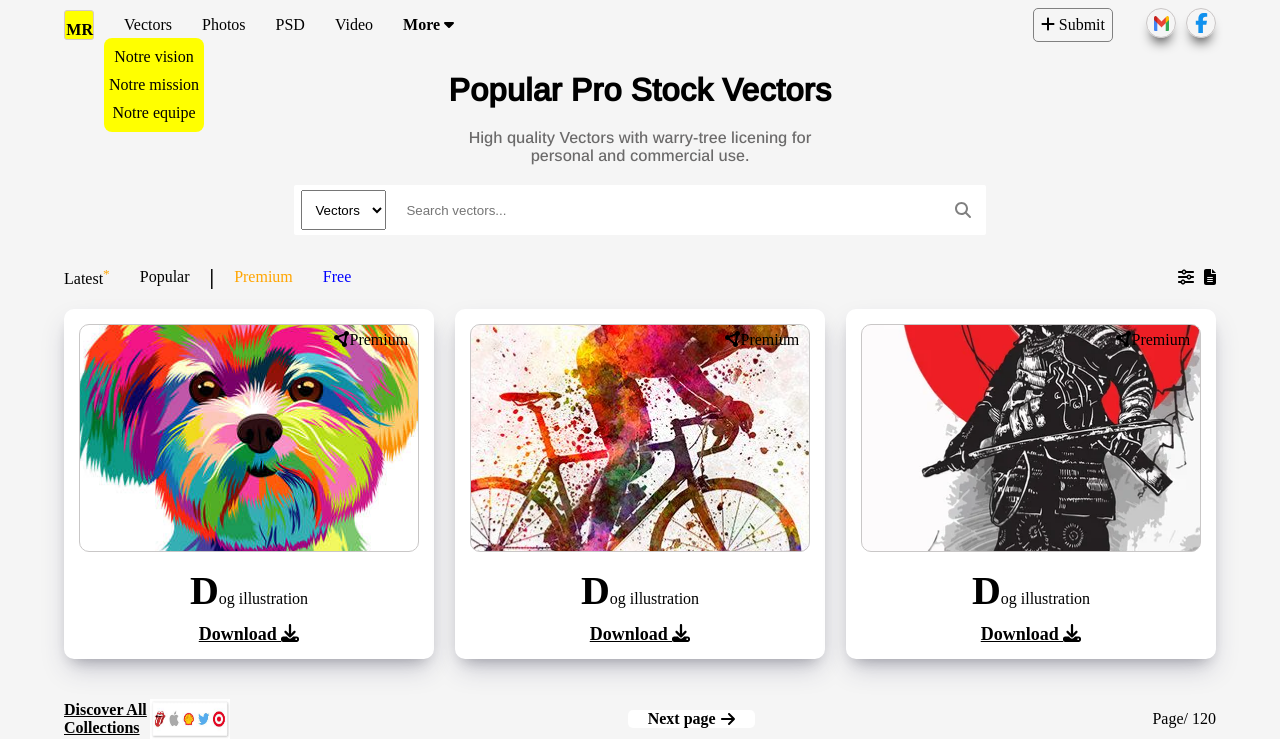
Repository: kegbaDev/VectorTemplate
Page: /
The author's editor kept a copy of each file at every save. The page is drawn from the files as they stood at one save, then again after a run of saves.
The browser window is 1280 px wide. The pictures show the whole page.
The project was rebuilt for these pictures with package versions that can differ from the ones it lists, and the page was loaded fresh each time. Also part of the build but not shown: vite.config.js.

Above is the page before, as saved 2023-04-14 02:00:25.

### index.html
<!DOCTYPE html>
<html lang="en">
  <head>
    <meta charset="UTF-8" />
    <link rel="icon" href="/favicon.ico" />
    <meta name="viewport" content="width=device-width, initial-scale=1.0" />
    <title>Vite App</title>
  </head>
  <body style="background-color: rgb(245, 245, 245)">
    <div id="app"></div>
    <script type="module" src="/src/main.js"></script>
  </body>
</html>

### src/main.js
import { createApp } from 'vue'
import App from './App.vue'

// fontawesome importation
import '@fortawesome/fontawesome-free/css/all.css'
import '@fortawesome/fontawesome-free/js/all.js'

createApp(App).mount('#app')

### src/App.vue
<template>
<div class="wrapper">
  <div class="navbar">
    <div class="left bounce">
      <div class="logo">MR</div>
      <ul>
        <li>
          Vectors
          <div class="sous_menu">
            <ul class="liens">
              <li class="lien">Notre vision</li>
              <li class="lien">Notre mission</li>
              <li class="lien">Notre equipe</li>
            </ul>
          </div>
        </li>
        <li>Photos</li>
        <li>PSD</li>
        <li>Video</li>
        <li><span class="more" >More</span><i class="fa-solid fa-caret-down"></i></li>
      </ul>
    </div>
    <div class="right">
      <div class="submit">
        <i class="fa-solid fa-plus"></i>
        Submit
      </div>
      <div class="logo_collection">
        <div class="logo_card">
          <img src="./assets/gmail-logo-16.png" alt="google-icon" width="15px" height="15px">
        </div>
        <div class="logo_card">
          <i class="fa-brands fa-facebook-f" style="color: #1191ee; width: 25px;height: 20px;"></i>
        </div>
      </div>
    </div>
  </div>


  <!-- Second component -->


  <div class="text_section">
    <h1 class="title slideInUp">Popular Pro Stock Vectors</h1>
    <p class="paragraph slideInUp">
      High quality Vectors with warry-tree licening for <br>
      personal and commercial use.
    </p>
    <div class="input_card slideInRight">
      <select name="" id="">
        <option value="value1">Vectors</option>
        <option value="value2">Vectors</option>
      </select>
      <input type="text" placeholder="Search vectors... ">
      <i class="fa-solid fa-magnifying-glass" style="color: grey; margin-right: 15px;"></i>
    </div>
  </div>

  <!-- Third component -->

  <div class="row">
    <div class="left-row">
      <ul>
        <li>Latest<sup style="color:orange">*</sup></li>
        <li>Popular</li>
      </ul>
      <span class="pipe">
        |
      </span>
      <ul>
        <li style="color:orange">Premium</li>
        <li style="color:blue">Free</li>
      </ul>
    </div>
    <div class="right-row">
      <i class="fa-solid fa-sliders"></i>
      <i class="fa-solid fa-file-lines"></i>
    </div>
  </div>

  <!-- Fourth component  -->

  <div class="card_content slideInUp">
    <div class="main_card">
      <div class="image_and_text_space">
        <i class="fa-solid fa-circle-nodes"></i>Premium
      </div>
      <p style="margin-bottom: 10px;"><span style="text-transform: uppercase; font-weight: bolder; font-size: 40px;">D</span>og illustration</p>
      <p class="download">Download <i class="fa-solid fa-download"></i></p>
    </div>
    <div class="main_card">
      <div class="image_and_text_space2">
        <i class="fa-solid fa-circle-nodes"></i>Premium
      </div>
      <p style="margin-bottom: 10px;"><span style="text-transform: uppercase; font-weight: bolder; font-size: 40px;">D</span>og illustration</p>
      <p class="download">Download <i class="fa-solid fa-download"></i></p>
    </div>
    <div class="main_card">
      <div class="image_and_text_space3">
        <!-- <img src="./assets/154416(1).svg" width="209px" height="300px" alt=""> -->
        <i class="fa-solid fa-circle-nodes"></i>Premium
      </div>
      <p style="margin-bottom: 10px;"><span style="text-transform: uppercase; font-weight: bolder; font-size: 40px;">D</span>og illustration</p>
      <p class="download">Download <i class="fa-solid fa-download"></i></p>
    </div>
    <!-- <div class="main_card">
      <div class="image_and_text_space">
        Premium
      </div>
      <p>Dog illustration</p>
      <p class="download">Download<i class="fa-solid fa-download"></i></p>
    </div>
    <div class="main_card">
      <div class="image_and_text_space">
        Premium
      </div>
      <p>Dog illustration</p>
      <p class="download">Download<i class="fa-solid fa-download"></i></p>
    </div> -->
  </div>

  <!-- Last component -->
  <div class="last_row">
    <div class="start">
      <div class="part">
        Discover All <br>
        Collections
      </div>
      <img src="./assets/imagesfinal.jpg" alt="" style="width: 80px; height: 40px;">
    </div>
    <div class="between">
      Next page <i class="fa-solid fa-arrow-right"></i>
    </div>
    <div class="end">
      Page/ 120
    </div>
  </div>
</div>




</template>

<script setup>

</script>


<style scoped>
@import url('https://fonts.googleapis.com/css2?family=Arimo:wght@500&display=swap');
.wrapper{
  height: 100vh;
  width: 90vw;
  margin:auto;
}
*{
  padding: 0px;
  margin: 0px;
  box-sizing: border-box;
  /* font-family: 'Arimo', sans-serif; */
}
.left{
  display: flex;
  align-items: center;
}

ul{
  list-style: none;
  display: flex;
  gap: 30px;
  margin-left: 30px;
}
ul li{
  cursor: pointer;
}
.more{
  font-weight: bolder;
  padding-right: 4px;
}
.logo{
  width: 30px;
  height: 30px;
  border: 1px solid rgb(214, 201, 201);
  background-color: yellow;
  font-weight: bolder;
  display: flex;
  justify-content: end;
  align-items: end;
  border-radius: 3px;
  cursor: pointer;
}
.navbar{
  display: flex;
  justify-content: space-between;
}
.right{
  display: flex;
  gap: 3px;
}
.submit{
  border: 1px solid gray;
  padding: 7px;
  margin-right: 30px;
  border-radius: 5px;
  background-color: rgba(234, 233, 233, 0.03);
  cursor: pointer;
  transition: all 400ms ease-in-out;
}
.submit:hover{
  background-color: yellow;
  /* font-weight: bolder; */
  scale: 1.1;
}
.logo_collection{
  display: flex;
  gap: 10px;
}
.logo_card{
  width: 30px;
  height: 30px;
  border: 1px solid black;
  display: flex;
  align-items: center;
  justify-content: center;
  border-radius: 50%;
  border-color: rgb(202, 198, 198);
  -webkit-box-shadow: 0px 10px 13px -7px #000000, -2px -2px 15px 6px rgba(26,17,18,0);
  box-shadow: 0px 10px 13px -7px #000000, -2px -2px 15px 6px rgba(26,17,18,0);
  cursor: pointer;transition: all 300ms ease-in-out;

}
.logo_card:hover{
  -webkit-box-shadow: 0px 10px 13px -7px #000000, -2px -2px 15px 6px rgba(26,17,18,0);
  box-shadow: 0px 10px 13px -7px #000000, -2px -2px 15px 6px rgba(26,17,18,0);
  scale: 1.2;

}

              /* Menu deroulant */
.sous_menu .liens{
  position: absolute;
  display: block;
  background-color: yellow;
  width: 100px;
  margin-left: -20px;
  top: 30px;
  text-align: center;
  border-radius: 0.5rem;
}
.sous_menu .liens .lien{
  margin: 10px 0;
}


              /* Menu deroulant */

/* Second composant */

.text_section{
  margin: 30px auto;
  text-align: center;
}
.title{
  font-family: 'Arimo', sans-serif;
  margin-bottom: 20px;
}
.paragraph{
  font-family: 'Arimo', sans-serif;
  margin-bottom: 20px;
  color: rgb(107, 106, 106);
}
.input_card{
  width: 60%;
  height: 50px;
  background-color: white;
  margin: auto;
  display: flex;
  align-items: center;
  border-radius: 2px;
}
input{
  width: 100%;
  padding-left: 20px;
  border: none;
}
input, select{
  height: 40px;
}
select{
  padding: 9px;
  margin-left: 7px;
}

/* Third component */
.row{
  display: flex;
  justify-content: space-between;
  margin-bottom: 20px;
}
.left-row ul{
  margin: 0px;
  padding: 0px;
  display: flex;
  align-items: center;
}
.left-row, .right-row{
  display: flex;
  align-items: center;
}
.pipe{
  margin: 0px 20px;
}

.pipe{
  font-weight: bolder;
  font-size: 1.3em;
}
.right-row{
  gap: 10px;
}

/* Fourth component */

.card_content{
  display: flex;
  justify-content: space-between;
}
.main_card{
  min-width: 370px;
  min-height: 350px;
  /* border: 1px solid black; */
  border-radius: 10px;
  background-color: white;
  box-shadow: rgba(50, 50, 93, 0.25) 0px 13px 27px -5px, rgba(0, 0, 0, 0.3) 0px 8px 16px -8px;
  padding-bottom: 25px;
  cursor: pointer;
  transition: all 400ms ease-in-out;
}
.main_card:hover{
  scale: 1.02;
}
.main_card p{
  text-align: center;
}
.download{
  font-weight: bolder;
  text-decoration: underline;
  font-size: large;
}
.image_and_text_space{
  padding-top: 6px;
  padding-right: 10px;
  text-align: end;
  height: 70%;
  width: 92%;
  border: 1px solid rgb(201, 199, 199);
  border-radius: 10px;
  margin: 15px auto;
  background-image: url(./assets/chien_color.jpg);
  background-repeat: no-repeat;
  background-position: center;
}
.image_and_text_space2{
  background-image: url(./assets/velo.jpg) !important;
  padding-top: 6px;
  padding-right: 10px;
  text-align: end;
  height: 70%;
  width: 92%;
  border: 1px solid rgb(201, 199, 199);
  border-radius: 10px;
  margin: 15px auto;
  background-repeat: no-repeat;
  background-position: center;
}
.image_and_text_space3{
  background-image: url(./assets/sa.webp) !important;
  padding-top: 6px;
  padding-right: 10px;
  text-align: end;
  height: 70%;
  width: 92%;
  border: 1px solid rgb(201, 199, 199);
  border-radius: 10px;
  margin: 15px auto;
  background-repeat: no-repeat;
  /* object-fit: contain; */
  background-position: center;
}

/* Animation */

.bounce {
  -webkit-animation-name: bounce;
  animation-name: bounce;
  -webkit-transform-origin: center bottom;
  -ms-transform-origin: center bottom;
  transform-origin: center bottom;
  -webkit-animation-duration: 1s;
  animation-duration: 1s;
  -webkit-animation-fill-mode: both;
  animation-fill-mode: both;
  }
  @-webkit-keyframes bounce {
  0%, 20%, 53%, 80%, 100% {
  -webkit-transition-timing-function: cubic-bezier(0.215, 0.610, 0.355, 1.000);
  transition-timing-function: cubic-bezier(0.215, 0.610, 0.355, 1.000);
  -webkit-transform: translate3d(0,0,0);
  transform: translate3d(0,0,0);
  }
  40%, 43% {
  -webkit-transition-timing-function: cubic-bezier(0.755, 0.050, 0.855, 0.060);
  transition-timing-function: cubic-bezier(0.755, 0.050, 0.855, 0.060);
  -webkit-transform: translate3d(0, -30px, 0);
  transform: translate3d(0, -30px, 0);
  }
  70% {
  -webkit-transition-timing-function: cubic-bezier(0.755, 0.050, 0.855, 0.060);
  transition-timing-function: cubic-bezier(0.755, 0.050, 0.855, 0.060);
  -webkit-transform: translate3d(0, -15px, 0);
  transform: translate3d(0, -15px, 0);
  }
  90% {
  -webkit-transform: translate3d(0,-4px,0);
  transform: translate3d(0,-4px,0);
  }
  }

  @keyframes bounce {
  0%, 20%, 53%, 80%, 100% {
  -webkit-transition-timing-function: cubic-bezier(0.215, 0.610, 0.355, 1.000);
  transition-timing-function: cubic-bezier(0.215, 0.610, 0.355, 1.000);
  -webkit-transform: translate3d(0,0,0);
  transform: translate3d(0,0,0);
  }
  40%, 43% {
  -webkit-transition-timing-function: cubic-bezier(0.755, 0.050, 0.855, 0.060);
  transition-timing-function: cubic-bezier(0.755, 0.050, 0.855, 0.060);
  -webkit-transform: translate3d(0, -30px, 0);
  transform: translate3d(0, -30px, 0);
  }
  70% {
  -webkit-transition-timing-function: cubic-bezier(0.755, 0.050, 0.855, 0.060);
  transition-timing-function: cubic-bezier(0.755, 0.050, 0.855, 0.060);
  -webkit-transform: translate3d(0, -15px, 0);
  transform: translate3d(0, -15px, 0);
  }
  90% { -webkit-transform: translate3d(0,-4px,0); transform: translate3d(0,-4px,0);
  }
}
.slideInUp {
  -webkit-animation-name: slideInUp;
  animation-name: slideInUp;
  -webkit-animation-duration: 1s;
  animation-duration: 1s;
  -webkit-animation-fill-mode: both;
  animation-fill-mode: both;
  }
  @-webkit-keyframes slideInUp {
  0% {
  -webkit-transform: translateY(100%);
  transform: translateY(100%);
  visibility: visible;
  }
  100% {
  -webkit-transform: translateY(0);
  transform: translateY(0);
  }
  }
  @keyframes slideInUp {
  0% {
  -webkit-transform: translateY(100%);
  transform: translateY(100%);
  visibility: visible;
  }
  100% {
  -webkit-transform: translateY(0);
  transform: translateY(0);
  }
}

.slideInRight {
  -webkit-animation-name: slideInRight;
  animation-name: slideInRight;
  -webkit-animation-duration: 1s;
  animation-duration: 1s;
  -webkit-animation-fill-mode: both;
  animation-fill-mode: both;
  }
  @-webkit-keyframes slideInRight {
  0% {
  -webkit-transform: translateX(100%);
  transform: translateX(100%);
  visibility: visible;
  }
  100% {
  -webkit-transform: translateX(0);
  transform: translateX(0);
  }
  }
  @keyframes slideInRight {
  0% {
  -webkit-transform: translateX(100%);
  transform: translateX(100%);
  visibility: visible;
  }
  100% {
  -webkit-transform: translateX(0);
  transform: translateX(0);
  }
  }

.slideInUp {
  -webkit-animation-name: slideInUp;
  animation-name: slideInUp;
  -webkit-animation-duration: 1s;
  animation-duration: 1s;
  -webkit-animation-fill-mode: both;
  animation-fill-mode: both;
  }
  @-webkit-keyframes slideInUp {
  0% {
  -webkit-transform: translateY(100%);
  transform: translateY(100%);
  visibility: visible;
  }
  100% {
  -webkit-transform: translateY(0);
  transform: translateY(0);
  }
  }
  @keyframes slideInUp {
  0% {
  -webkit-transform: translateY(100%);
  transform: translateY(100%);
  visibility: visible;
  }
  100% {
  -webkit-transform: translateY(0);
  transform: translateY(0);
  }
}

/* Animation */

/* last component */

.last_row{
  margin-top: 40px;
  margin-bottom: 40px;
  display: flex;
  justify-content: space-between;
  align-items: center;
}
.between{
  font-weight: bolder;
  padding: 0px 20px;
  background-color: white;
  border-radius: 5px;
  display: flex;
  justify-content: center;
  align-items: center;
  gap: 5px;
}
.start{
  display: flex;
  align-items: center;
  gap: 3px;
  text-decoration: underline;
  font-weight: bold;
}
</style>

After the next 2 saves:
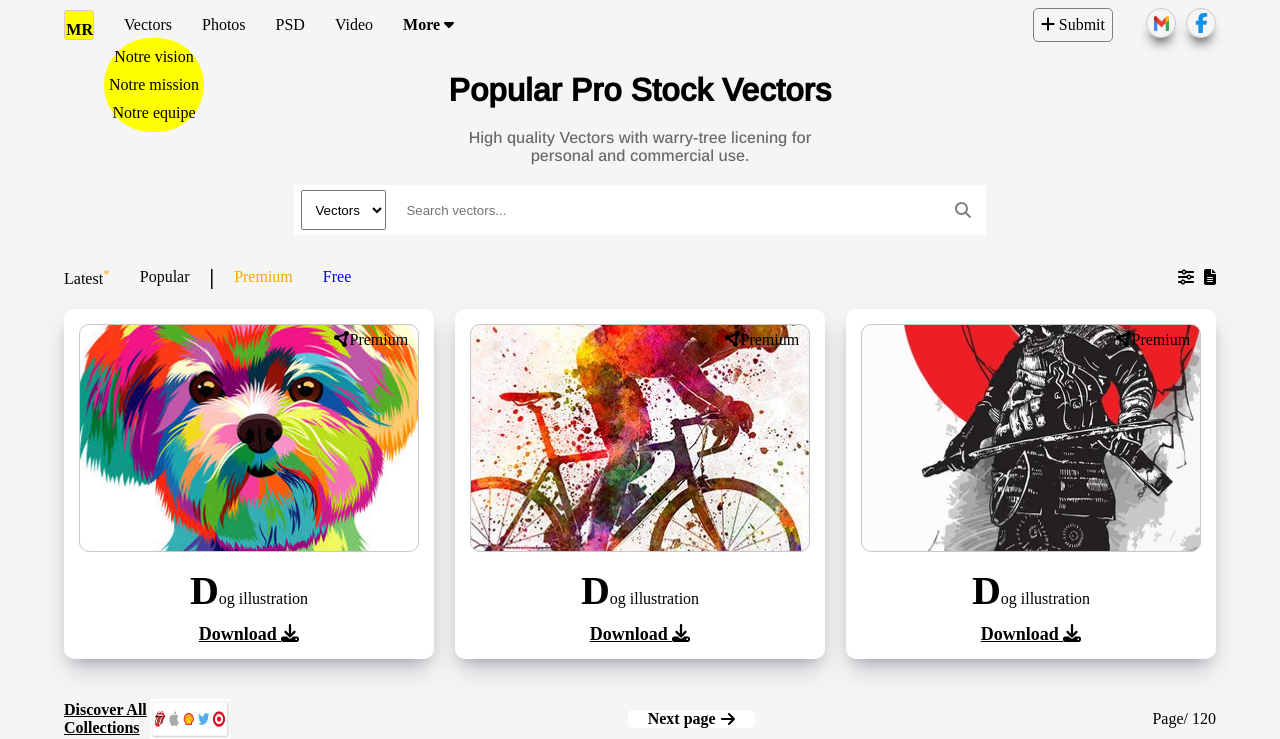
The 2 saves are shown as one change because they came seconds apart.
The last was saved 8 s later.
--- a/src/App.vue
+++ b/src/App.vue
@@ -246,7 +246,7 @@ ul li{
   margin-left: -20px;
   top: 30px;
   text-align: center;
-  border-radius: 0.5rem;
+  border-radius: 8.7rem;
 }
 .sous_menu .liens .lien{
   margin: 10px 0;
